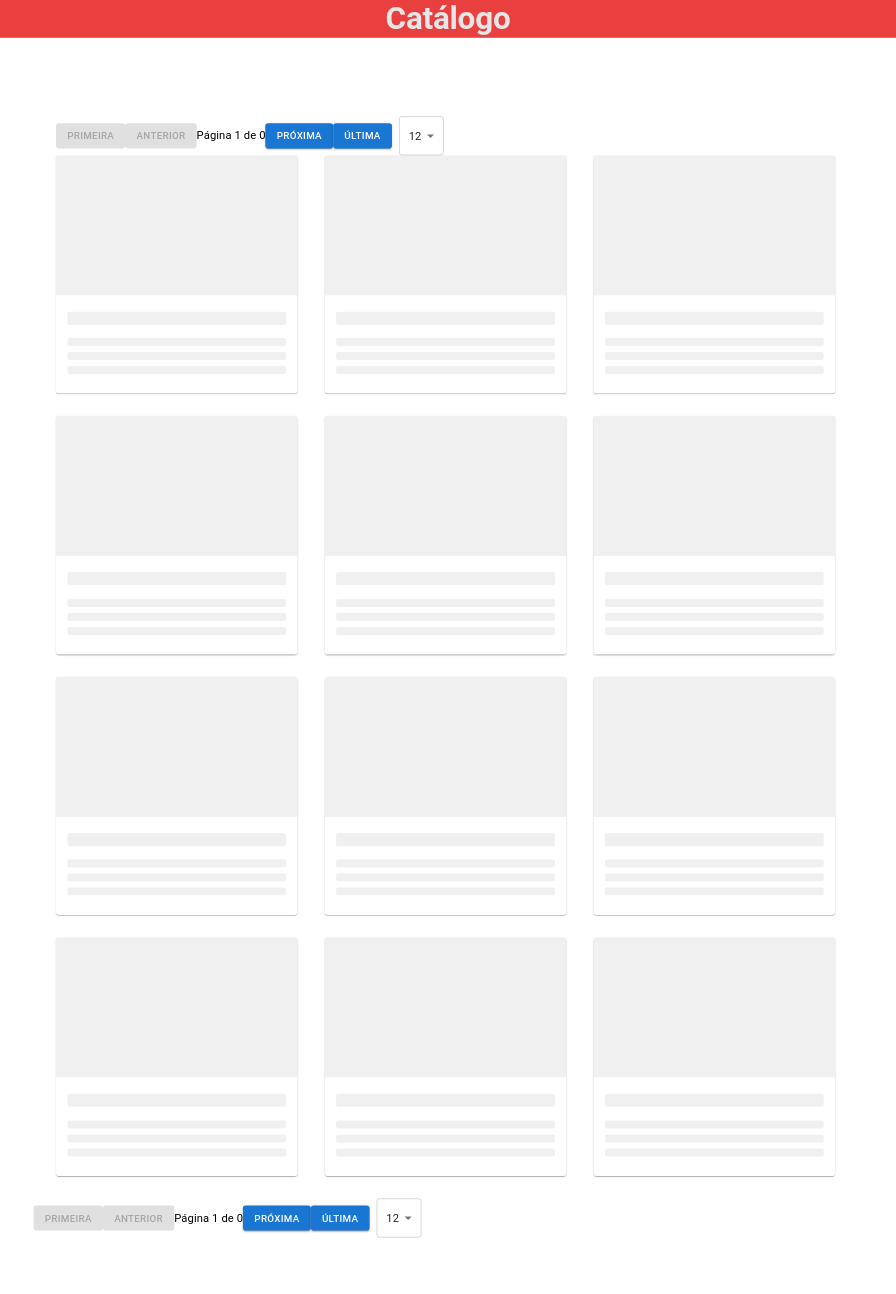
Repository: lenx0/PokeWiki-Front
Page: /
The author's editor kept a copy of each file at every save. The page is drawn from the files as they stood at one save, then again after the next save.
The browser window is 1280 px wide. The pictures show the whole page, at 70% of full size.
The page's requests for data from a server got no answer. The project was rebuilt for these pictures with package versions that can differ from the ones it lists, and the page was loaded fresh each time. The framework's server and built-in components were replaced by stand-ins that run in the browser. No one was signed in, and anything a server would have sent is missing. Also part of the build but not shown: next.config.mjs.

Above is the page before, as saved 2024-02-16 22:20:55.

### src/app/layout.js
import { Inter } from "next/font/google";
import "./globals.css";

const inter = Inter({ subsets: ["latin"] });

export default function RootLayout({ children }) {
  return (
    <html lang="en">
      <body className={inter.className}>{children}</body>
    </html>
  );
}

### src/app/page.js
'use client'
import PokemonList from "./pages/PokemonList/page";

export default function Home() {
  return (
    <PokemonList />
  );
}

### src/app/pages/PokemonList/page.jsx
import { Box, Grid, Typography } from "@mui/material";

import Cards from "@/app/components/Cards";

export default function PokemonList() {
  return (
    <>
      <Grid
        item
        backgroundColor="#e93232ee"
        textAlign="center"
      >
        <Typography variant="h2" fontSize={45} fontWeight={700} color="#e6e6e6">
          Catálogo
        </Typography>
      </Grid>
      <Grid container padding={10}>
        <Cards />
      </Grid>
    </>
  );
}

### src/app/components/Cards/index.jsx
import React, { useEffect, useState } from "react";
import {
  Card,
  CardContent,
  Typography,
  Grid,
  CardMedia,
  Box,
  Button,
  Select,
  MenuItem,
} from "@mui/material";

import PokemonService from "@/services/PokemonService";
import { capitalizeFirstLetter } from "@/services/utils/CapitalizeFirstLetter";
import PokemonCardSkeleton from "../Skeleton";

const Pagination = ({ page, totalPages, setPage, itemsPerPage, setItemsPerPage }) => {
  const nextPage = () => {
    setPage(page + 1);
  };

  const prevPage = () => {
    setPage(page - 1);
  };

  const goToFirstPage = () => {
    setPage(1);
  };

  const goToLastPage = () => {
    setPage(totalPages);
  };

  const handleChangeItemsPerPage = (event) => {
    const newItemsPerPage = parseInt(event.target.value);
    setItemsPerPage(newItemsPerPage);
    setPage(1); // Resetar para a primeira página ao alterar o número de itens por página
  };

  return (
    <Box mt={4} display="flex" justifyContent="center" alignItems="center">
      <Button variant="contained" onClick={goToFirstPage} disabled={page === 1}>
        Primeira
      </Button>
      <Button variant="contained" onClick={prevPage} disabled={page === 1}>
        Anterior
      </Button>
      <Typography variant="body1">
        Página {page} de {totalPages}
      </Typography>
      <Button variant="contained" onClick={nextPage} disabled={page === totalPages}>
        Próxima
      </Button>
      <Button variant="contained" onClick={goToLastPage} disabled={page === totalPages}>
        Última
      </Button>
      <Select
        value={itemsPerPage}
        onChange={handleChangeItemsPerPage}
        label="Itens por página"
        variant="outlined"
        style={{ marginLeft: 10 }}
      >
        <MenuItem value={6}>6</MenuItem>
        <MenuItem value={12}>12</MenuItem>
        <MenuItem value={24}>24</MenuItem>
        <MenuItem value={48}>48</MenuItem>
      </Select>
    </Box>
  );
};

export default function Cards() {
  const [pokemonList, setPokemonList] = useState([]);
  const [loading, setLoading] = useState(true);
  const [page, setPage] = useState(1);
  const [totalPages, setTotalPages] = useState(0);
  const [itemsPerPage, setItemsPerPage] = useState(12);

  useEffect(() => {
    async function getPokemon() {
      setLoading(true);

      const limit = itemsPerPage;
      const offset = (page - 1) * itemsPerPage;
      const pokemonListResponse = await PokemonService.getPokemon(limit, offset);
      const totalPokemon = pokemonListResponse.count;
      setTotalPages(Math.ceil(totalPokemon / itemsPerPage));

      const pokemonUrls = pokemonListResponse.results.map(
        (pokemon) => pokemon.url
      );
      const detailedPokemonList = await Promise.all(
        pokemonUrls.map(async (url) => {
          const pokemonDetailsResponse = await PokemonService.getPokemonDetails(
            url
          );
          return pokemonDetailsResponse;
        })
      );
      setPokemonList(detailedPokemonList);
      setLoading(false);
    }
    getPokemon();
  }, [page, itemsPerPage]);

  return (
    <>
      <Pagination
        page={page}
        totalPages={totalPages}
        setPage={setPage}
        itemsPerPage={itemsPerPage}
        setItemsPerPage={setItemsPerPage}
      />
      <Grid container spacing={4}>
        {(loading || pokemonList.length === 0) &&
          Array.from({ length: itemsPerPage }).map((_, index) => (
            <Grid item xs={12} sm={6} md={4} key={index}>
              <PokemonCardSkeleton />
            </Grid>
          ))}
        {!loading &&
          pokemonList.map((pokemon, index) => (
            <Grid item xs={12} sm={6} md={4} lg={4} xl={2} key={index}>
              <Card
                sx={{
                  maxWidth: 245,
                  border: "none",
                  boxShadow: "2px 4px 8px 8px rgba(0,0,0,0.2)",
                }}
              >
                <CardMedia
                  component="img"
                  height="auto"
                  image={
                    pokemon.sprites.other["official-artwork"].front_default
                  }
                  alt={pokemon.name}
                />
                <CardContent>
                  <Box textAlign="center">
                    <Typography
                      gutterBottom
                      variant="h5"
                      fontWeight="700"
                      component="div"
                    >
                      {capitalizeFirstLetter(pokemon.name)}
                    </Typography>
                    <Typography variant="body2" color="text.secondary">
                      Número: {pokemon.order}
                    </Typography>
                    <Typography variant="body2" color="text.secondary">
                      Altura: {pokemon.height}
                    </Typography>
                    <Typography variant="body2" color="text.secondary">
                      Peso: {pokemon.weight}
                    </Typography>
                  </Box>
                </CardContent>
              </Card>
            </Grid>
          ))}
          <Pagination
        page={page}
        totalPages={totalPages}
        setPage={setPage}
        itemsPerPage={itemsPerPage}
        setItemsPerPage={setItemsPerPage}
      />
      </Grid>

    </>
  );
}

### src/services/PokemonService.js
// No arquivo PokemonService.js
import HttpClient from "./utils/HttpClient";

class PokemonService {
  async getPokemon(limit, offset) {
    const url = `${process.env.NEXT_PUBLIC_API_BASE}?limit=${limit}&offset=${offset}`;
    const response = await HttpClient.getData(url);
    return response;
  }

  async getPokemonDetails(url) {
    const response = await HttpClient.getData(url);
    return response;
  }
}

export default new PokemonService();

### src/services/utils/CapitalizeFirstLetter.js
export function capitalizeFirstLetter(string) {
    return string.charAt(0).toUpperCase() + string.slice(1);
  }

### src/app/components/Skeleton/index.jsx
import React from "react";
import { Card, CardContent, Typography, Skeleton } from "@mui/material";

export default function PokemonCardSkeleton() {
  return (
    <Card sx={{ maxWidth: 345, border: "none" }}>
      <Skeleton variant="rectangular" width="100%" height={200} />
      <CardContent>
        <Typography gutterBottom variant="h5" component="div">
          <Skeleton />
        </Typography>
        <Typography variant="body2" color="text.secondary">
          <Skeleton />
        </Typography>
        <Typography variant="body2" color="text.secondary">
          <Skeleton />
        </Typography>
        <Typography variant="body2" color="text.secondary">
          <Skeleton />
        </Typography>
      </CardContent>
    </Card>
  );
}

### src/services/utils/HttpClient.js
class HttpClient {
  async getData(url, filter) {
    try {
      const queryParams = new URLSearchParams({
        filter,
        option: {},
        page: 1,
        pageSize: 1000
      });
      const urlWithParams = `${url}?${queryParams.toString()}`;

      const response = await fetch(urlWithParams);

      if (!response.ok) {
        throw new Error(`Erro ao obter os dados: ${response.status}`);
      }

      return response.json();
    } catch (error) {
      console.error('Erro ao realizar a requisição:', error);
      throw error;
    }
  }

  async getDataDetails(url, filter) {
    try {
      let raw = JSON.stringify({
        filter,
        option: {},
        page: 1,
        pageSize: 100
      })

      let requestOptions = {
        method: 'GET',
        body: raw,
        redirect: 'follow'
      }

      const response = await fetch(url, requestOptions);

      if (!response.ok) {
        throw new Error(`Erro ao obter os detalhes: ${response.status}`);
      }

      return response.json();
    } catch (error) {
      console.error('Erro ao realizar a requisição:', error);
      throw error;
    }
  }
}

export default new HttpClient();

Loaded but not shown: src/app/globals.css (common file)

After the next save:
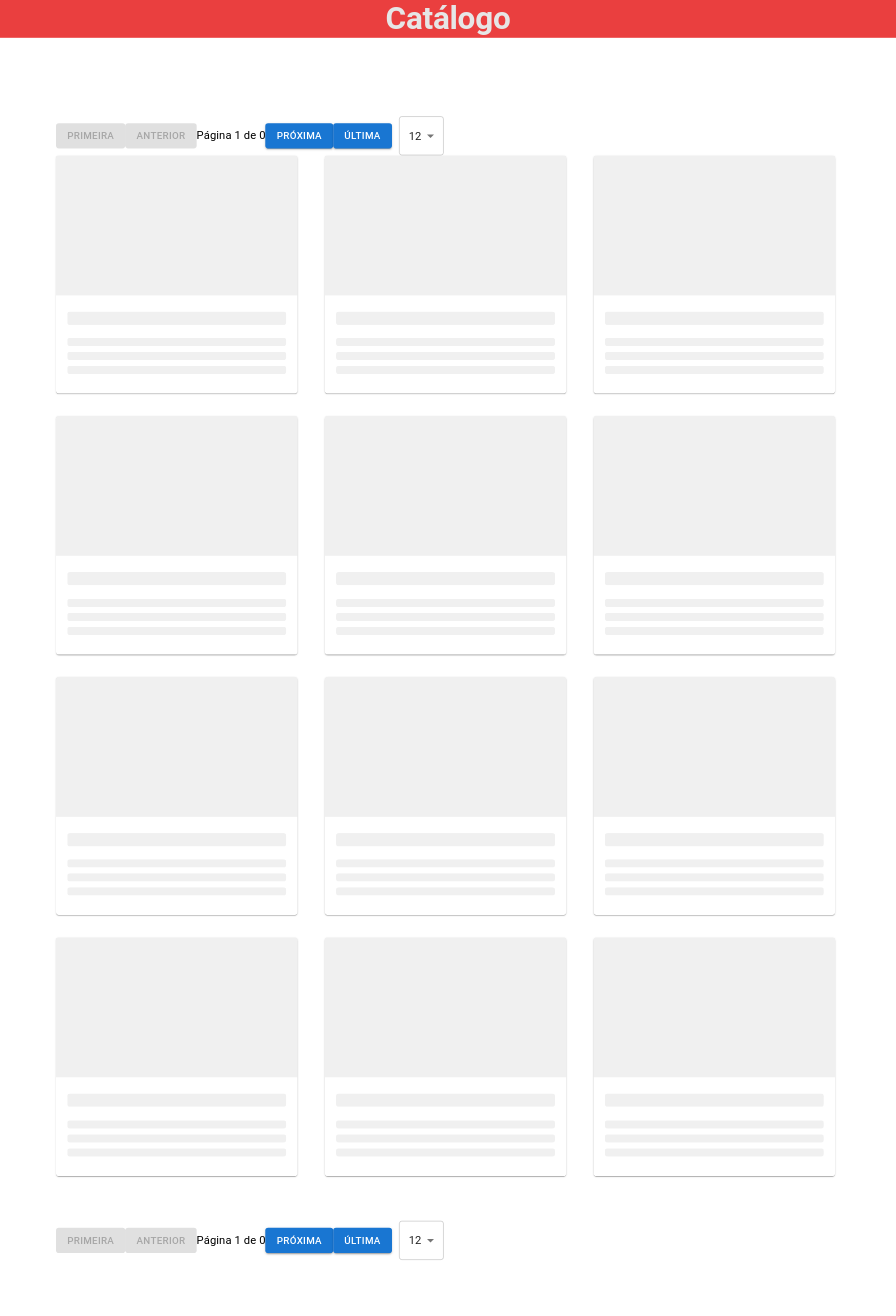
Saved 27 s later.
--- a/src/app/components/Cards/index.jsx
+++ b/src/app/components/Cards/index.jsx
@@ -163,6 +163,7 @@ export default function Cards() {
               </Card>
             </Grid>
           ))}
+          <Grid item>
           <Pagination
         page={page}
         totalPages={totalPages}
@@ -170,6 +171,8 @@ export default function Cards() {
         itemsPerPage={itemsPerPage}
         setItemsPerPage={setItemsPerPage}
       />
+          </Grid>
+
       </Grid>
 
     </>
